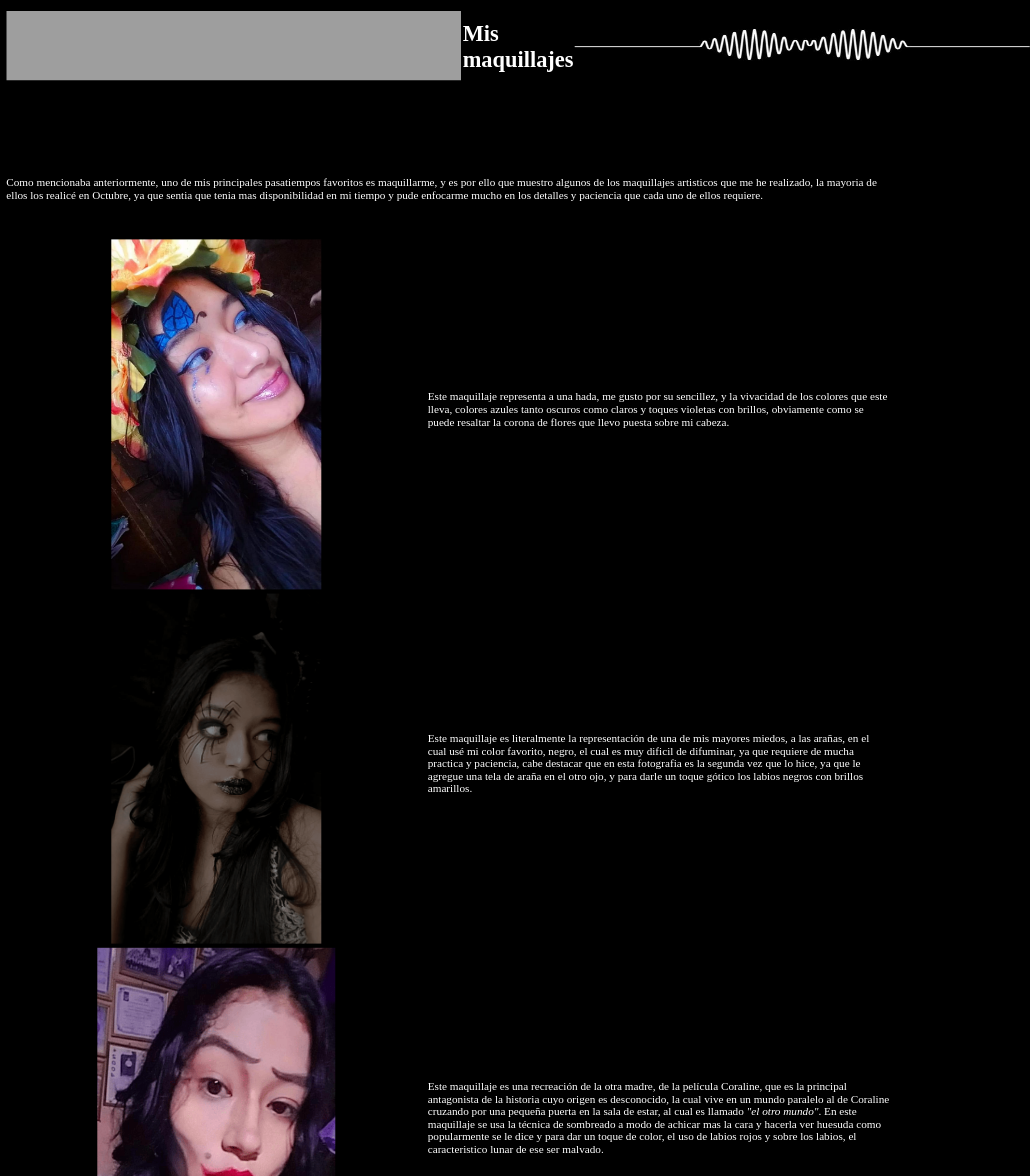
Repository: darlyn-saravia27/portafolio-darlynsaravia
Page: archivoshtml/maquillaje.html
The author's editor kept a copy of each file at every save. The page is drawn from the files as they stood at one save, then again after the next save.
The browser window is 1280 px wide. The page is 1472 px wide, then 1312 px, so the pictures cover 1472 px, including what lies to the right of the window. The pictures show the part of the page from y = 0 to 1680 px (the page is 4909 px tall before and 4976 px after), at 70% of full size.
Pictures or frames that could not be fetched are drawn as grey boxes.

Above is the page before, as saved 2023-03-08 04:14:16.

### archivoshtml/maquillaje.html
<!DOCTYPE html>
<html lang="es">
<head>
    <meta charset="UTF-8">
    <meta http-equiv="X-UA-Compatible" content="IE=edge">
    <meta name="viewport" content="width=device-width, initial-scale=1.0">
    <title>Maquillaje</title>
</head>
<body bgcolor="black">
    <table align="center" cellspacing="0" width="100%">
        <tr>
            <td>
                <img src="makeup1.png" width="650px" height="100">
            </td>
            <td>
                <h1><font color="white">Mis maquillajes</font></h1>
            </td>
            <td>
                <img src="_ (6).png" width="650px" height="100px">
            </td>
        </tr>
    </table>
    <table align="center" cellspacing="0" width="100%">
        <tr>
            <td colspan="2">
                <p><font color="white">Como mencionaba anteriormente, uno de mis principales pasatiempos favoritos es maquillarme,
                y es por ello que muestro algunos de los maquillajes artisticos que me he realizado, la
                mayoria de ellos los realicé en Octubre, ya que sentia que tenia mas disponibilidad en mi tiempo
                y pude enfocarme mucho en los detalles y paciencia que cada uno de ellos requiere.</font>
                </p>
                <br>
                <br>
            </td>
        </tr>
        <tr>
            <td align="center">
                <img src="fo1.png" width="300px" height="500px">
            </td>
            <td>
                <font color="white">Este maquillaje representa a una hada, me gusto por su sencillez, y la vivacidad de
                    los colores que este lleva, colores azules tanto oscuros como claros y toques violetas
                    con brillos, obviamente como se puede resaltar la corona de flores que llevo puesta
                    sobre mi cabeza.</font>
                <br>
                <br>
            </td>
        </tr>
        <tr>
            <td align="center">
                <img src="fo2.png" width="300px" height="500px">
            </td>
            <td><font color="white">Este maquillaje es literalmente la representación de una de mis mayores miedos,
                a las arañas, en el cual usé mi color favorito, negro, el cual es muy dificil de difuminar,
                ya que requiere de mucha practica y paciencia, cabe destacar que en esta fotografia es
                la segunda vez que lo hice, ya que le agregue una tela de araña en el otro ojo, y para darle
                un toque gótico los labios negros con brillos amarillos.</font>
                <br>
                <br>
            </td>
        </tr>
        <tr>
            <td align="center">
                <img src="fo3.png" width="340px" height="500px">
            </td>
            <td><font color="white">Este maquillaje es una recreación de la otra madre, de la película
                Coraline, que es la principal antagonista de la historia cuyo origen es desconocido, la
                cual vive en un mundo paralelo al de Coraline cruzando por una pequeña puerta en la sala
                de estar, al cual es llamado <i>"el otro mundo"</i>. En este maquillaje se usa la técnica
                de sombreado a modo de achicar mas la cara y hacerla ver huesuda como popularmente se le dice
                y para dar un toque de color, el uso de labios rojos y sobre los labios, el caracteristico lunar
                de ese ser malvado.</font>
                <br>
                <br>
            </td>
        </tr>
        <tr>
            <td align="center">
                <img src="fo4.png" width="500px" height="400px">
            </td>
            <td><font color="white">Recreación del maquillaje de Morticia Addams, entrando en contexto
                con este personaje, es el corazón, reina y alma de la Familia Addams, se describe como
                una vampiresa de piel pálida, cabello negro lacio, que usa vestidos negros góticos para
                combinar con su pelo. Volviendo al tema, quise recrear el maquillaje de una Tiktoker famosa,
                llamada Dorys Jocelyn Velásquez, la cual es una maquillista profesional y recrea maquillajes
                de todo tipo de ocasión, y por supuesto, los maquillajes artísticos, y me llamo mucho la atención
                el echo de como fucionó el personaje de Morticia con una catrina, tipos de maquillajes que los
                mexicanos usan el día de muertos. Recalco que me fascina trabajar con colores neutros, pero
                con el color negro en cualquier tipo de maquillaje es difícil de manejar, pero que con práctica,
                dedicación y paciencia, todo se hace mas fácil.</font>
                <br>
                <br>
            </td>
        </tr>
        <tr>
            <td align="center">
                <img src="fo5.png" width="300px" height="500px">
            </td>
            <td><font color="white">El maquillarte es como utilizar un lienzo blanco en el cual
                te dejas guiar por tu imaginación y gustos y comienzas a pintar, esta es una breve descripción
                de este maquillaje, ya que quise no lleva un patrón ni guía, simplemente es colorear de la
                manera en que gustes, usando cualquier variedad de tonos de colores, sombras, etc. </font>
                <br>
                <br>
            </td>

        </tr>
        <tr>
            <td align="center">
                <img src="fo6.png" width="500px" height="400px">
            </td>
            <td><font color="white">Quise agregar esta "tierna" fotografía sobre un maquillaje de un animal,
                una osa, representación de la fauna de los bosques, creo que ha sido uno de los mas sencillos
                y fáciles que he realizado.
                </font>
                <br>
                <br>
            </td>
        </tr>
        <tr>
            <td align="center">
                <img src="fo7.png" width="400px" height="500px">
            </td>
            <td><font color="white">El gran Joker, con una personalidad psicópata con humor sádico
                y retorcido enemigo de Batman, considero que este ha sido uno de los mejores maquillajes
                que me he realizado, tiene buen contraste de colores, y por supuesto que no debía faltar
                los toques de brillo. Me he sentido orgullosa de poder hacer a un villano y que haya quedado
                perfecto dentro de lo que cabe.</font>
                <br>
                <br>
            </td>

        </tr>
        <tr>
            <td align="center">
                <img src="fo8.png" width="300px" height="400px">
            </td>
            <td><font color="white">Este fue el primer maquillaje de araña que me realicé, me
                inspiré de uno de los maquillajes de la Tiktoker Fer Jalil, ya que ella se encargó de
                recrearlo y me llamó mucho la atención, así que decidí intentarlo y salió tal como me lo
                esperaba, sobre todo me encanta el efecto de sombreado y lo gótico que luce.
            </font></td>
            <br>
            <br>
        </tr>
        <tr>
            <td align="center">
                <img src="makedada.png" width="600px" height="300px">
            </td>
            <td><font color="white">Es uno de mis mayores logros, el haber participado en el concurso
                de maquillaje en el colegio en 2021, estabamos en pandemia y las clases eran totalmente
                virtuales, tenía miedo porque estaba entre participar o no, pero con el apoyo de personas
                muy cercanas a mi, me alentaron para participar, me decidí y así lo hice.
                Literalmente me inspiré en dos cosas: la primera, fue en las mariposas, y especificamente las
                de especie Morfo, que son mariposas de color azul, y segundo, por las flores ya que me encantan,
                y que mejor manera de combiar ambas cosas en un solo maquillaje, al cual le puse por nombre <i>"Morfo
                de la primavera"</i> basandome en que a las mariposas les encantan las flores.
                Lo que no me esperaba, era ganar el primer lugar, me sentí orgullosa de mi misma, porque
                pude demostrar que si puedo hacer lo que me proponga, que soy capaz de mostrarle a muchas
                personas lo que sé y sentirme orgullosa de ello.
            </font></td>
            <br>
            <br>
        </tr>
        <tr>
            <td align="center">
                <img src="makedada2.png" width="250px" height="500px">
            </td>
            <td><font color="white">Para finalizar esta sección de maquillajes, el año pasado(2022)
                me animé a participar de nuevo en el concurso de maquillaje, quería seguir demostrando todo
                lo que sé, el arte y potencial que tengo, no gané ningún lugar, pero lo importante para mi
                fue participar y sentirme feliz de realizar un maquillaje tan colorido y complejo como ese,
                tomé referencia de una fotografía de una famosa en maquillaje artístico, simplemente me volví
                a sentir orgullosa de mi, porque si logré mi objetivo y es la mejor satisfacción que yo puedo
                tener, y seguir demostrándome a mi misma que lo que es pasión para mi, lo demuestre
                sin ningún tipo de temor.</font></td>
            <br>
            <br>
        </tr>
    </table>
</body>
</html>

After the next save:
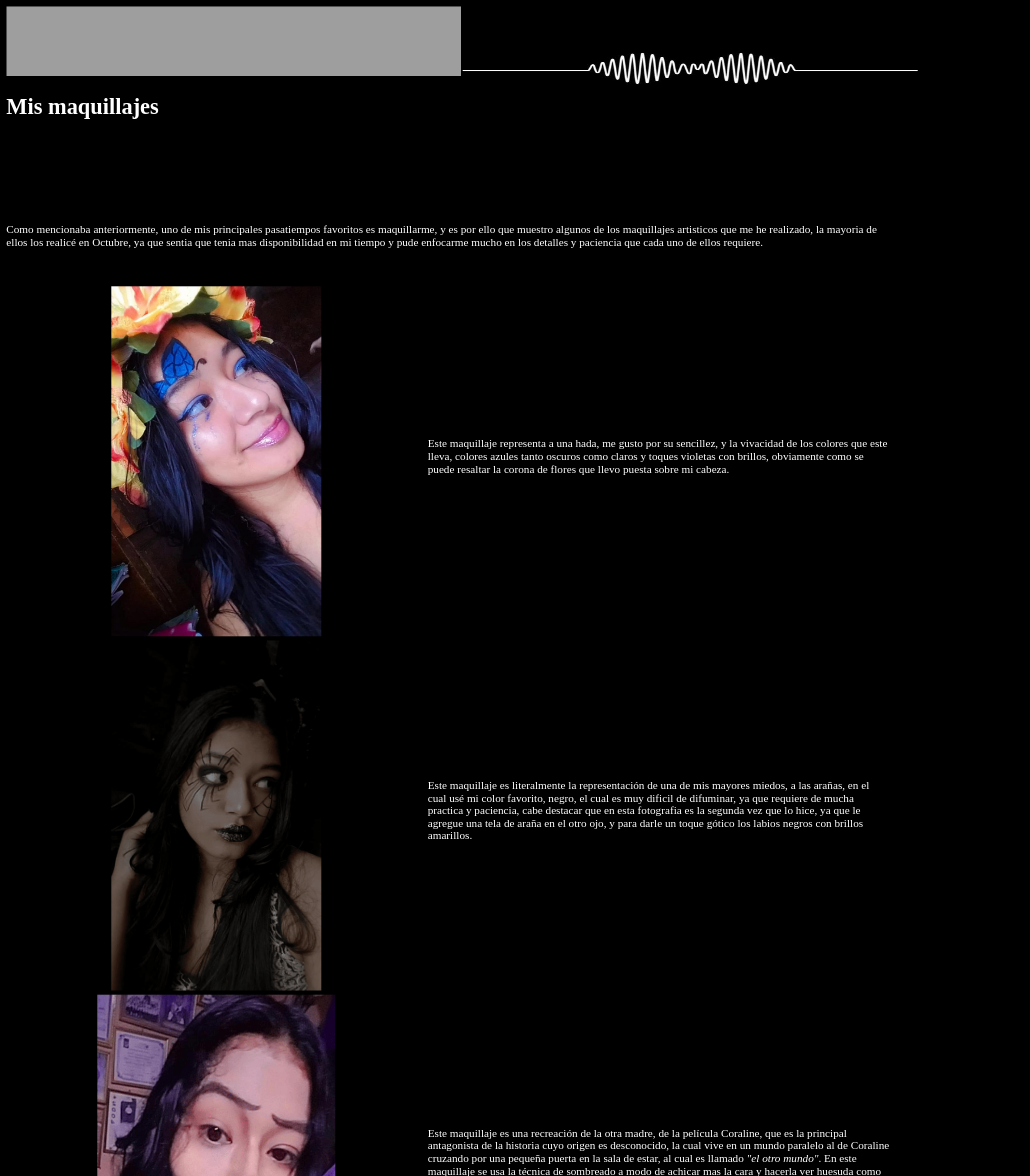
Saved 53 s later.
--- a/archivoshtml/maquillaje.html
+++ b/archivoshtml/maquillaje.html
@@ -11,8 +11,6 @@
         <tr>
             <td>
                 <img src="makeup1.png" width="650px" height="100">
-            </td>
-            <td>
                 <h1><font color="white">Mis maquillajes</font></h1>
             </td>
             <td>
